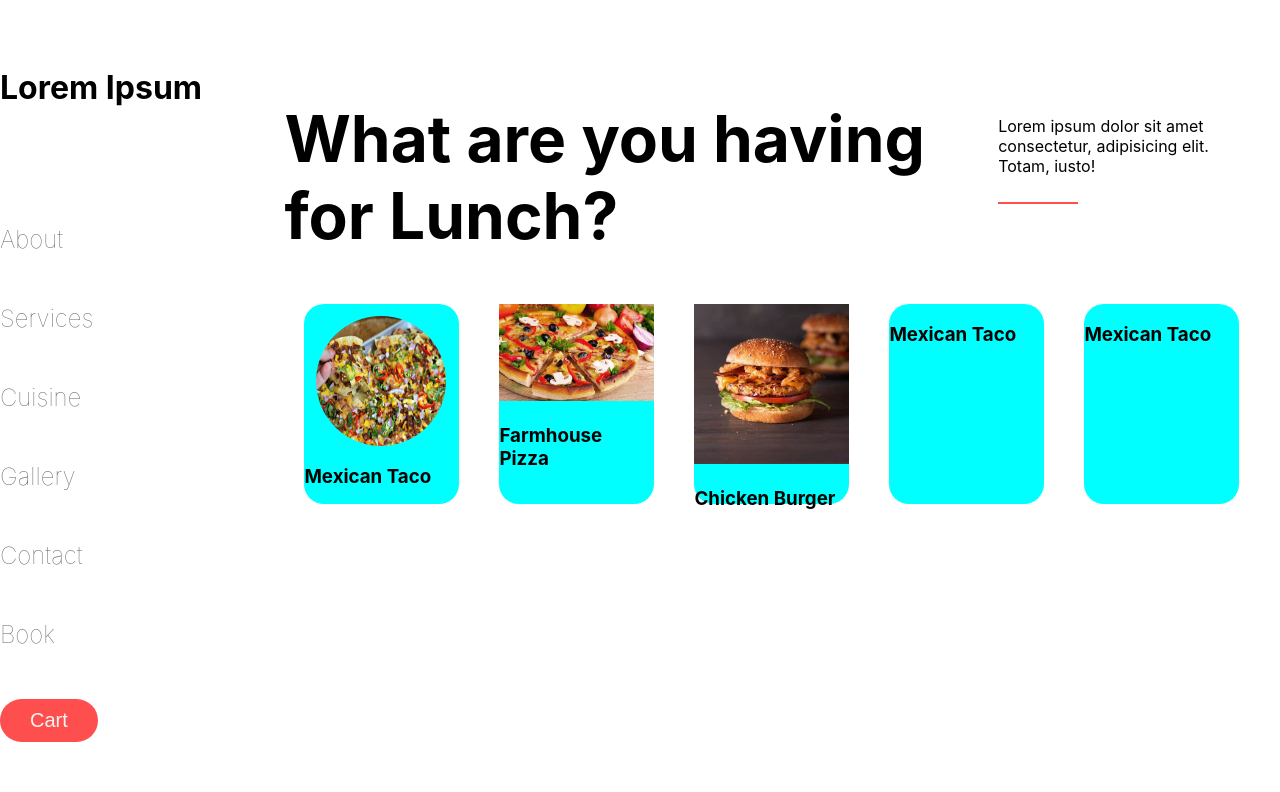
Repository: Marlstergo/assignment2
Page: /
The author's editor kept a copy of each file at every save. The page is drawn from the files as they stood at one save, then again after the next save.
The browser window is 1280 px wide. The pictures show the whole page.
The project was rebuilt for these pictures with package versions that can differ from the ones it lists, and the page was loaded fresh each time.

Above is the page before, as saved 2021-07-27 02:59:28.

### src/App.js
import logo from "./logo.svg";
import "./App.css";

import Nachos from "./asset/nachos.png";
import Taco from "./asset/taco.png";
import Noodles from "./asset/noodles.png";
import Pizza from "./asset/pizza.png";
import Chicken from "./asset/chicken.png";

function App() {
  return (
    <div className="container">
      <div className="full">
        <div className="sidebar">
          <div className="logo">
            <h1>Lorem Ipsum</h1>
          </div>
          <div className="items">
            <div className="item">
              <h2 className="">About</h2>
            </div>
            <div className="item">
              <h2 className="">Services</h2>
            </div>
            <div className="item">
              <h2 className="">Cuisine</h2>
            </div>
            <div className="item">
              <h2 className="">Gallery</h2>
            </div>
            <div className="item">
              <h2 className="">Contact</h2>
            </div>
            <div className="item">
              <h2 className="">Book</h2>
            </div>
            <div className="item">
              <button className="button">Cart</button>
            </div>
          </div>
        </div>
        <div className="main-view">
          <div className="hero">
            <div className="title">
              <h1 className="">What are you having for Lunch?</h1>
            </div>
            <div className="paragraph">
              <p className="">
                Lorem ipsum dolor sit amet consectetur, adipisicing elit. Totam,
                iusto!
              </p>
              <div className="divider" />
            </div>
          </div>
          <div className="row">
            <div className="cell">
              <div className="imagediv">
                {/* image */}
                <img src={Nachos} alt="nachos" className="" />
              </div>
              <div className="">
                <h3 className="">Mexican Taco</h3>
              </div>
            </div>
            <div className="cell">
              <div className="">
                <img src={Pizza} alt="pizza" className="" />
                {/* image */}
              </div>
              <div className="">
                <h3 className="">Farmhouse Pizza</h3>
              </div>
            </div>
            <div className="cell">
              <div className="">
                {/* image */}
                <img src={Chicken} alt="chicken" className="" />
              </div>
              <div className="">
                <h3 className="">Chicken Burger</h3>
              </div>
            </div>
            <div className="cell">
              <div className="">{/* image */}</div>
              <div className="">
                <h3 className="">Mexican Taco</h3>
              </div>
            </div>
            <div className="cell">
              <div className="">{/* image */}</div>
              <div className="">
                <h3 className="">Mexican Taco</h3>
              </div>
            </div>
          </div>
        </div>
      </div>
    </div>
  );
}

export default App;

### src/App.css
.container {
  height: 100vh;
  width: 100%;
  /* padding-left: 1.5rem;
  padding-right: 1.5rem; */
}

@media screen and (min-width: 640px) {
  .container {
    max-width: 640px;
    margin: 0 auto;
  }
}

@media screen and (min-width: 768px) {
  .container {
    max-width: 768px;
  }
}

@media screen and (min-width: 1024px) {
  .container {
    max-width: 1024px;
    /* padding-left: 4rem;
    padding-right: 4rem; */
  }
}

@media screen and (min-width: 1280px) {
  .container {
    max-width: 1280px;
    /* padding-left: 5rem;
    padding-right: 5rem; */
  }
}

@media screen and (min-width: 1536px) {
  .container {
    max-width: 1536px;
  }
}

.full {
  display: grid;
  grid-template-columns: repeat(9, minmax(0, 1fr));
  height: 100%;
}

.sidebar {
  grid-column: span 2 / span 2;
  /* margin: auto 0; */
}
.logo{
  height: 175px;
  display: flex;
  align-items: center;
  /* justify-content: center; */

}

.items{

}

.item{
  color: rgb(101, 106, 104);
  font-weight: 100;
  margin: 50px 0px;
}
.item h2{
  font-weight: 100;

}

.button{
  padding: 10px 30px;
  font-size: 20px;
  border-radius: 50px;
  background-color: rgb(255,78,78);
  border: 0;
  color: whitesmoke;
}

.logo h1{
  padding: auto auto;
}

.main-view{
  grid-column: span 7 / span 7;
}

.row{
  display: flex;
  /* overflow-x: scroll; */

}

.hero{
  margin: 50px 0px;
  margin-top: 100px;
  display: grid;
  grid-template-columns: repeat(9, minmax(0, 1fr));

}
.paragraph{
  grid-column: span 3 / span 3;
  padding: 0 50px;
  border: 10px;
}

.divider{
  border-bottom: 2px solid rgb(255,78,78);
  /* border-color: rgb(255,78,78); */
  width: 80px;
  height: 10px;
}

.title{
  grid-column: span 6 / span 6;
  font-size: 2rem;

}

h1{
  margin: 0;
}

.cell{
  margin-left: 20px;
  margin-right: 20px;
  background-color: aqua;
  border-radius: 20px;
  height: 200px;
  width: 155px;
}

.imagediv{
  margin: 12px;
  height: 130px;
  width: 130px;
  border-radius: 100%;
  overflow: hidden;
  display: flex;
  justify-content: center;
  align-items: center;
}

img{
  width: 100%;
  height: 100%;
}

Loaded but not shown: public/index.html (common file); src/index.js (common file); src/index.css (common file); src/reportWebVitals.js (common file)

After the next save:
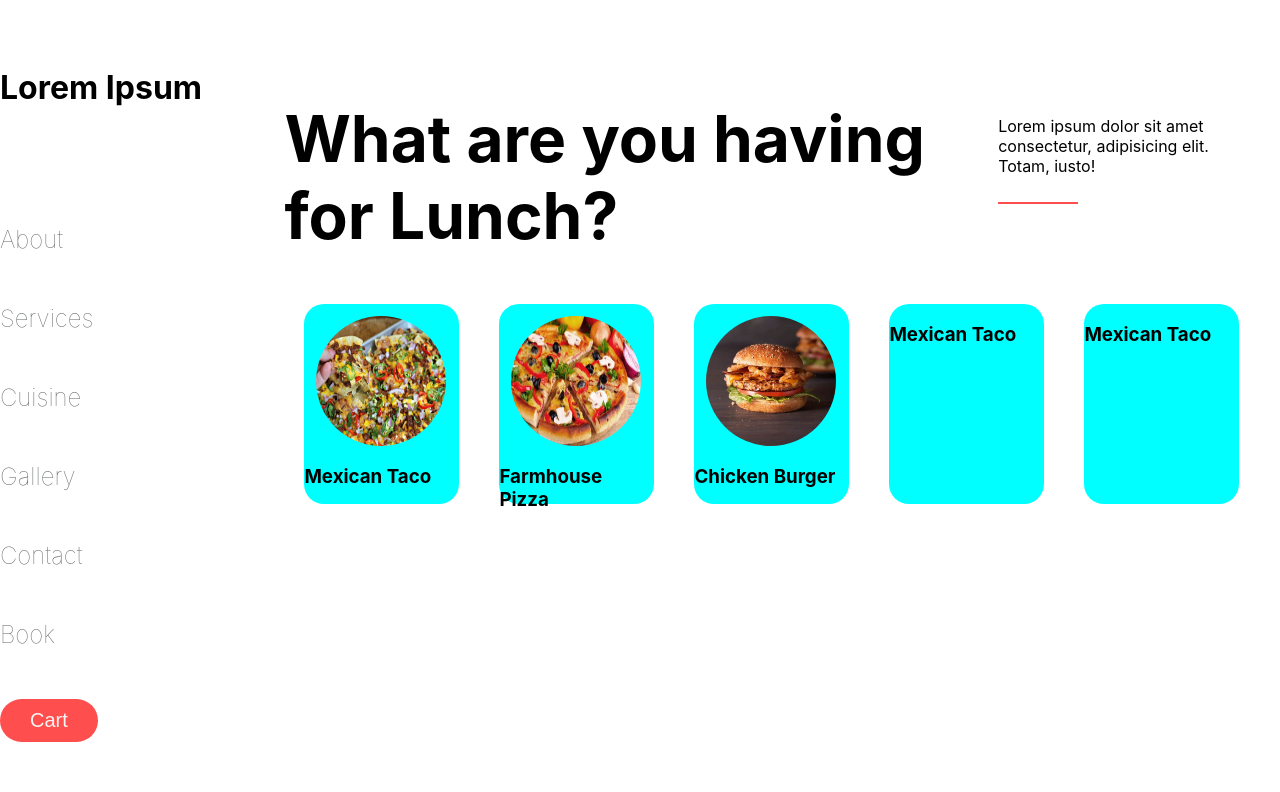
Saved 25 s later.
--- a/src/App.js
+++ b/src/App.js
@@ -63,7 +63,7 @@ function App() {
               </div>
             </div>
             <div className="cell">
-              <div className="">
+              <div className="imagediv">
                 <img src={Pizza} alt="pizza" className="" />
                 {/* image */}
               </div>
@@ -72,7 +72,7 @@ function App() {
               </div>
             </div>
             <div className="cell">
-              <div className="">
+              <div className="imagediv">
                 {/* image */}
                 <img src={Chicken} alt="chicken" className="" />
               </div>
